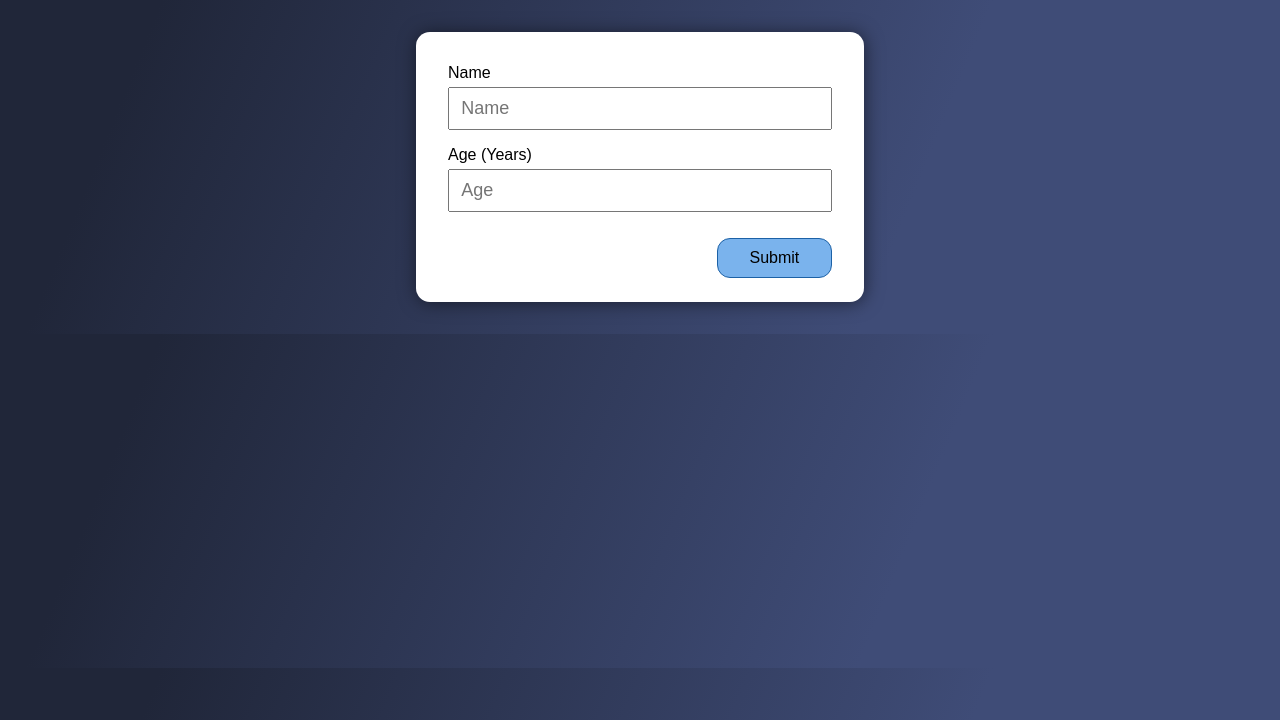
Repository: Hardyy00/React-Start
Page: / (app in Demo/demo-2/)
An editor plug-in stored every save of this project. The page is shown before and after the next save, followed by the edit.
The browser window is 1280 px wide. The pictures show the whole page.
The project was rebuilt for these pictures with package versions that can differ from the ones it lists, and the page was loaded fresh each time. Also part of the build but not shown: Demo/demo-2/src/Components/Modal/Modal.css, Demo/demo-2/src/Components/Modal/Modal.jsx, Demo/demo-2/src/Components/List/ListTile.css, Demo/demo-2/src/Components/List/ListTile.jsx, Demo/demo-2/src/Components/List/List.css, Demo/demo-2/src/Components/List/List.jsx.

Above is the page before, as saved 2024-01-02 16:27:11.

After the next save:
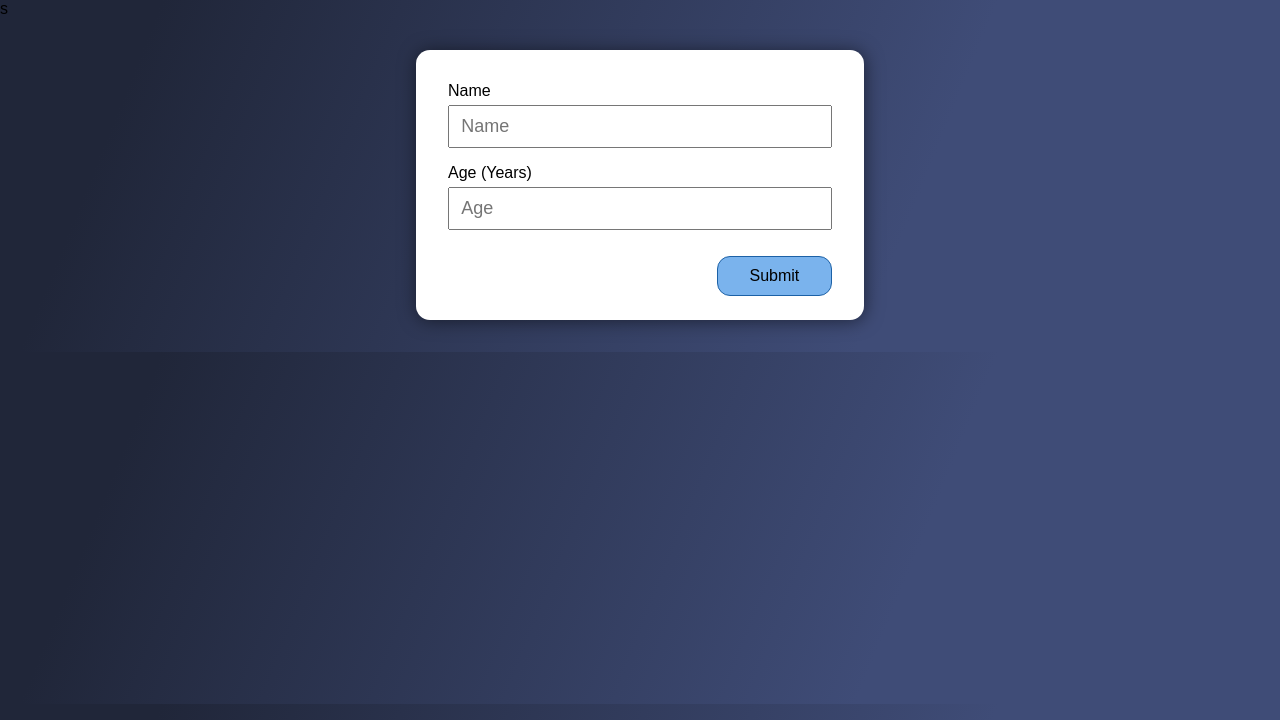
Saved 11 s later.
--- a/Demo/demo-2/src/Components/UserForm/FormInput.jsx
+++ b/Demo/demo-2/src/Components/UserForm/FormInput.jsx
@@ -43,7 +43,7 @@ export default function FormInput(props) {
 
   return (
     <div>
-      {/* <div className={`${isWrongInput ? "hidden" : ""}`}></div>s */}
+      <div className={`${isWrongInput ? "hidden" : ""}`}></div>s
       <form action="">
         <div>
           <label htmlFor="name">Name</label>
@@ -70,7 +70,6 @@ export default function FormInput(props) {
           Submit
         </button>
       </form>
-
       {isWrongInput && (
         <Modal content={errorMessage} onCloseModal={modalHandler} />
       )}
